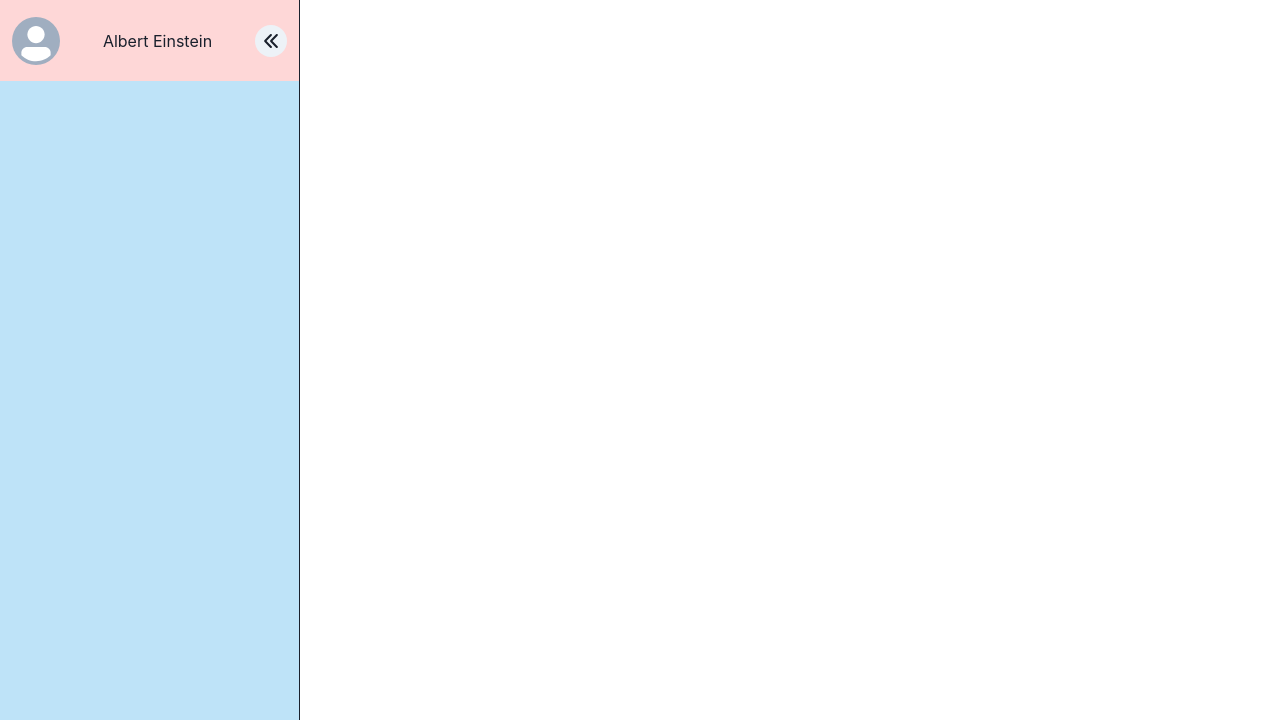
Repository: Siva20021/chat-app
Page: /
The author's editor kept a copy of each file at every save. The page is drawn from the files as they stood at one save, then again after a run of saves.
The browser window is 1280 px wide. The pictures show the whole page.
The project was rebuilt for these pictures with package versions that can differ from the ones it lists, and the page was loaded fresh each time. The framework's server and built-in components were replaced by stand-ins that run in the browser. Also part of the build but not shown: next.config.js, components/Login.js.

Above is the page before, as saved 2022-06-05 11:59:43.

### pages/_app.js
import { ChakraProvider } from "@chakra-ui/react"
import Login from "../components/Login"
import Sidebar from "../components/Sidebar"


function MyApp({ Component, pageProps }) {
  //return <Component {...pageProps} />
  return(
    <ChakraProvider>
      <Sidebar/>
    </ChakraProvider>
  )
}

export default MyApp

### pages/index.js
import Head from 'next/head'


export default function Home() {
  return (
    <div>
      <Head>
        <title>Create Next App</title>
        <meta name="description" content="Generated by create next app" />
        <link rel="icon" href="/favicon.ico" />
      </Head>
    </div>
  )
}

### components/Sidebar.js
import { ArrowLeftIcon } from '@chakra-ui/icons'
import { Avatar, Flex, IconButton, Text } from '@chakra-ui/react'
import React from 'react'

export default function Sidebar() {
  return (
    <Flex
        bg="blue.100"
        w="300px"
        h="100vh"
        borderEnd="1px solid"
        borderColors="gray.200"
    >
        <Flex
            bg="red.100"
            h="81px" w="100%"
            align="center"
            justifyContent="space-between"
            p={3}

        >
            <Avatar src="" />
            <Text>Albert Einstein</Text>
            <IconButton size="sm" isRound icon={<ArrowLeftIcon/>}/>
        </Flex>
    </Flex>
  )
}

After the next 2 saves:
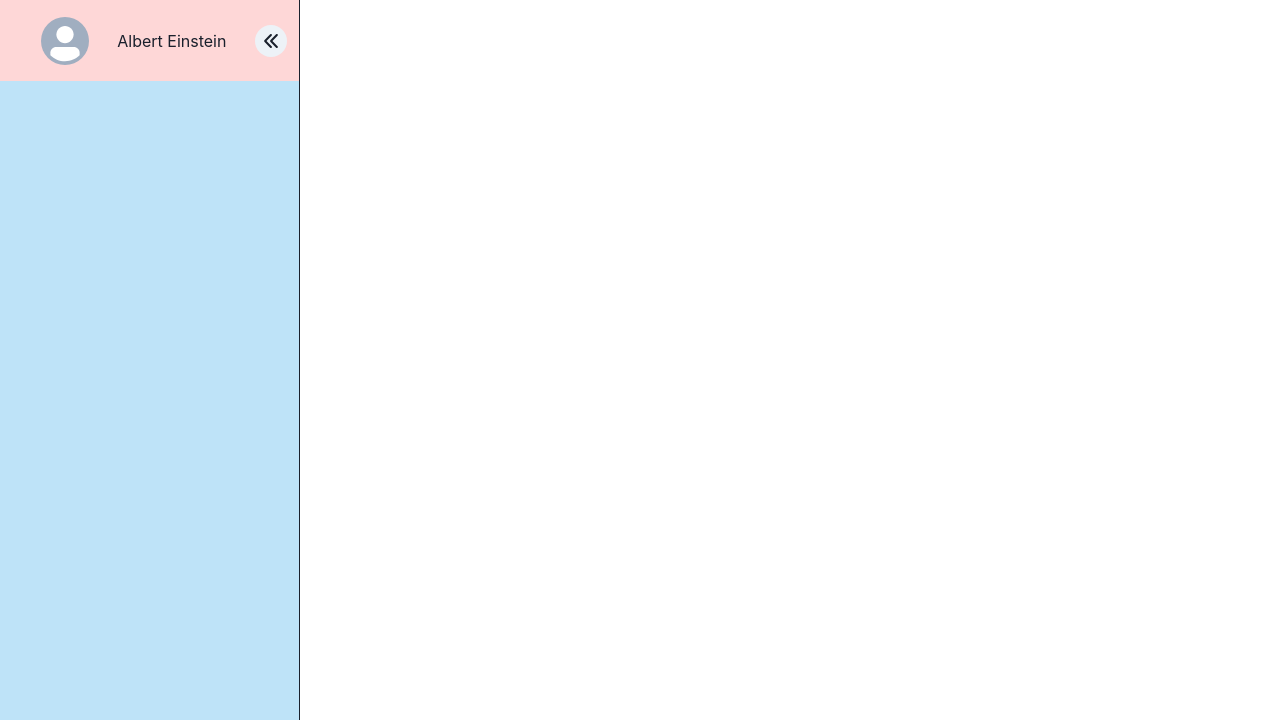
The 2 saves are shown as one change because they came seconds apart.
The last was saved 26 s later.
--- a/components/Sidebar.js
+++ b/components/Sidebar.js
@@ -19,6 +19,9 @@ export default function Sidebar() {
             p={3}
 
         >
+            <Flex>
+
+            </Flex>
             <Avatar src="" />
             <Text>Albert Einstein</Text>
             <IconButton size="sm" isRound icon={<ArrowLeftIcon/>}/>
